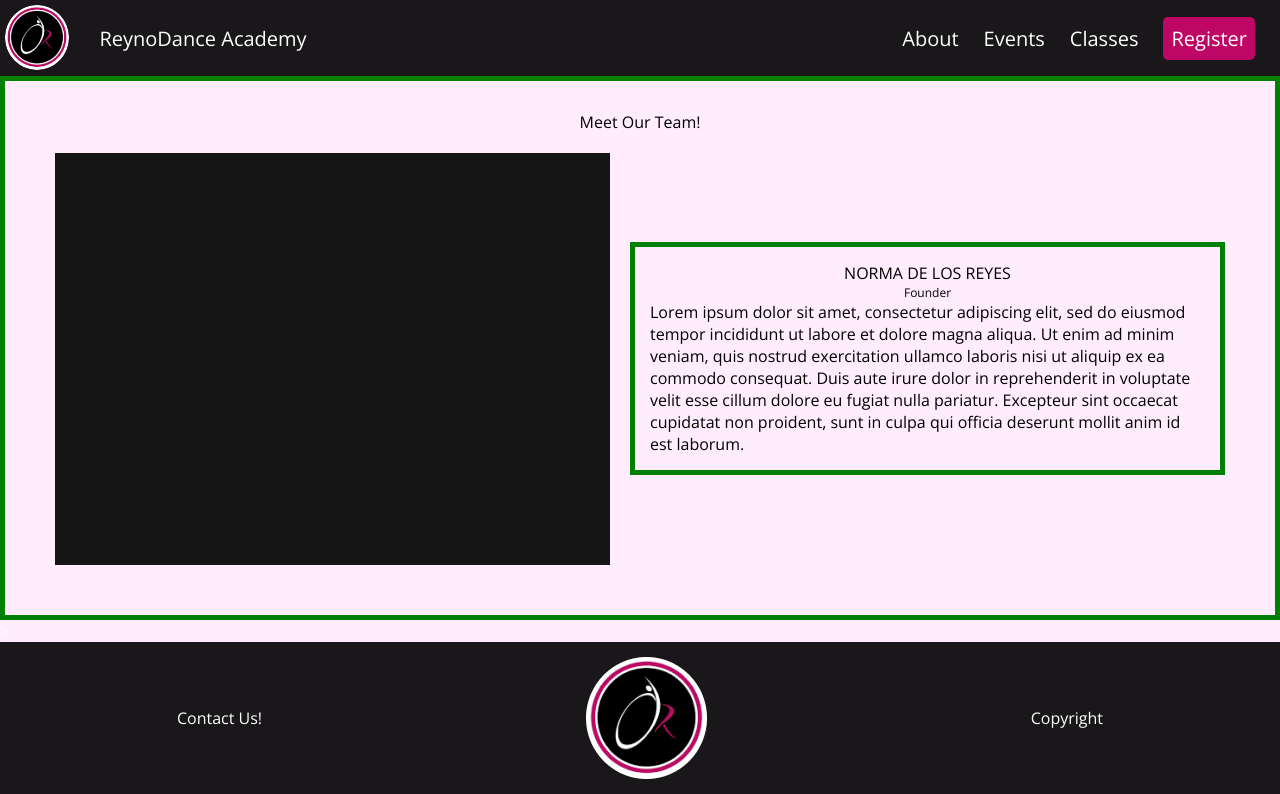
Repository: andreaelpz/reynodance-academy
Page: /about
An editor plug-in stored every save of this project. The page is shown before and after the next save, followed by the edit.
The browser window is 1280 px wide. The pictures show the whole page.
The project was rebuilt for these pictures with package versions that can differ from the ones it lists, and the page was loaded fresh each time. Also part of the build but not shown: angular.json, src/app/classes/classes.component.ts, src/app/events/events.component.ts, src/app/sign-in/sign-in.component.ts, src/app/dashboard/dashboard.component.ts, src/app/home/home.component.ts, src/app/user/register/register.component.ts, src/app/login/login.component.ts.

Above is the page before, as saved 2024-11-18 21:05:15.

After the next save:
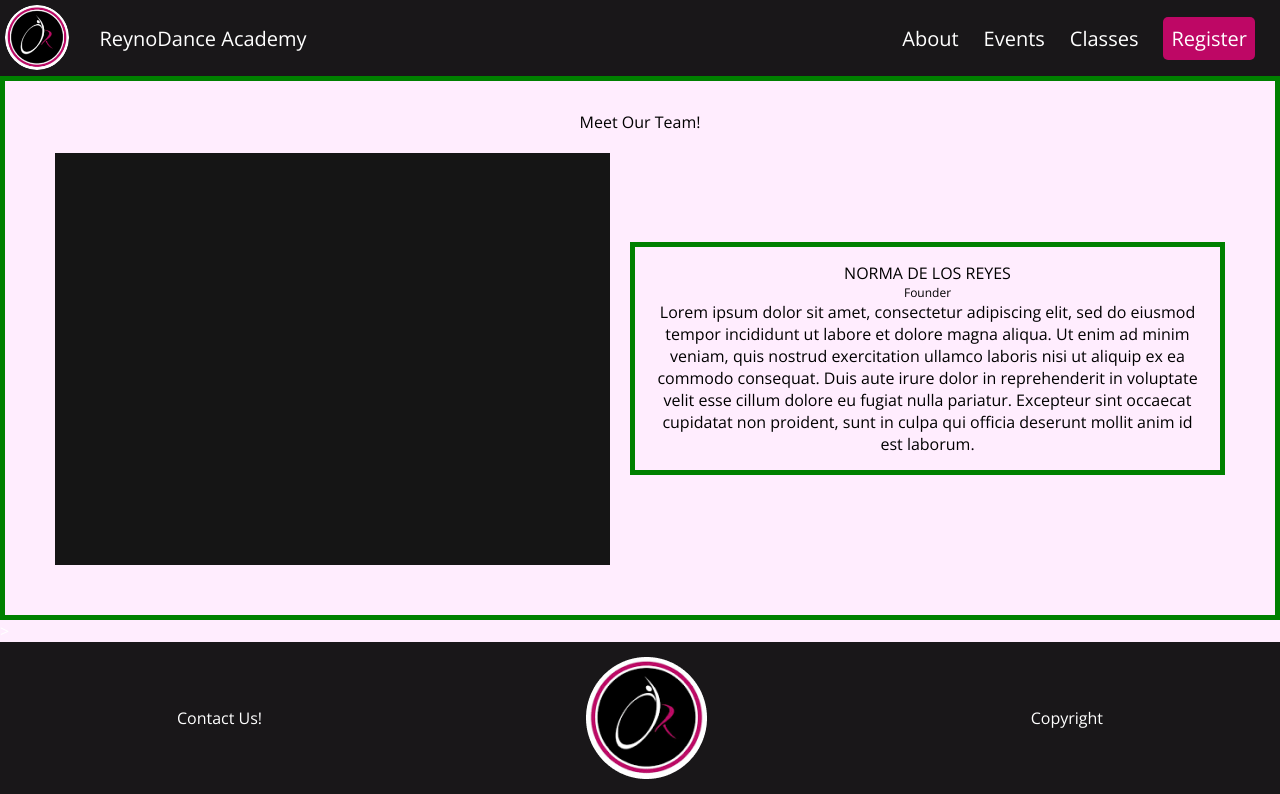
Saved 6 s later.
--- a/src/app/about/about.component.css
+++ b/src/app/about/about.component.css
@@ -34,5 +34,6 @@
 }
 
 .normaInfo{
-  display:
+  display: flex;
+  text-align: center;
 }
